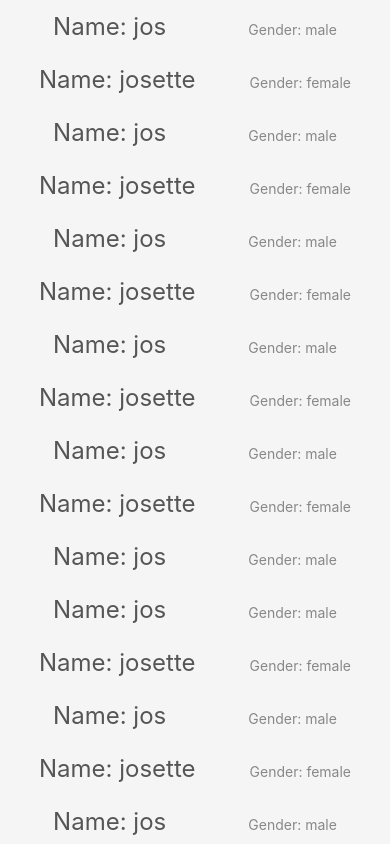
Repository: kfrancois/Bachelorproef-Apps
Screen: / (app in React Native/ListApp/.vscode/)
These files come from the project's save history. The screen is drawn as it stood at one moment and after the next save; the edit follows.
An inner scrolling area shows only its first screen. The app was drawn by React Native's web renderer in a window 390 px wide. The project was rebuilt for these pictures with package versions that can differ from the ones it lists, and the page was loaded fresh each time.

Above is the screen before, as saved 2018-04-23 15:07:14.

### React Native/ListApp/.vscode/App.js
import React, { Component } from 'react';
import MyListView from './src/listView';

// type Props = {};
export default class App extends Component {
  render() {
    return <MyListView />;
  }
}

### React Native/ListApp/.vscode/src/listView.js
import React, { Component } from 'react';
import { View, FlatList, Text, SafeAreaView, StyleSheet } from 'react-native';
import items from './items';
import Row from './row';

export default class MyListView extends Component {
  render() {
    return (
      <SafeAreaView style={{ flex: 1, backgroundColor: 'whitesmoke' }}>
        <FlatList
          style={styles.idk}
          contentContainerStyle={styles.container}
          data={items}
          renderItem={data => {
            return <Row item={data.item} />;
          }}
        />
      </SafeAreaView>
    );
  }
}

const styles = StyleSheet.create({
  idk: {
    flex: 1,
    backgroundColor: 'whitesmoke'
  },
  container: {
    flexGrow: 1,
    justifyContent: 'space-between'
  },
  item: {
    padding: 10,
    fontSize: 18,
    height: 44
  }
});

### React Native/ListApp/.vscode/src/items.js
const items = [
  { key: '0', name: 'jos', gender: 'male' },
  { key: '1', name: 'josette', gender: 'female' },
  { key: '2', name: 'jos', gender: 'male' },
  { key: '3', name: 'josette', gender: 'female' },
  { key: '4', name: 'jos', gender: 'male' },
  { key: '5', name: 'josette', gender: 'female' },
  { key: '6', name: 'jos', gender: 'male' },
  { key: '7', name: 'josette', gender: 'female' },
  { key: '8', name: 'jos', gender: 'male' },
  { key: '9', name: 'josette', gender: 'female' },
  { key: '10', name: 'jos', gender: 'male' },
  { key: '11', name: 'jos', gender: 'male' },
  { key: '12', name: 'josette', gender: 'female' },
  { key: '13', name: 'jos', gender: 'male' },
  { key: '14', name: 'josette', gender: 'female' },
  { key: '15', name: 'jos', gender: 'male' },
  { key: '16', name: 'josette', gender: 'female' },
  { key: '17', name: 'jos', gender: 'male' },
  { key: '18', name: 'josette', gender: 'female' },
  { key: '19', name: 'jos', gender: 'male' },
  { key: '20', name: 'josette', gender: 'female' },
  { key: '21', name: 'jos', gender: 'male' },
  { key: '22', name: 'josette', gender: 'female' },
  { key: '23', name: 'jos', gender: 'male' },
  { key: '24', name: 'josette', gender: 'female' },
  { key: '25', name: 'jos', gender: 'male' },
  { key: '26', name: 'josette', gender: 'female' },
  { key: '27', name: 'jos', gender: 'male' },
  { key: '28', name: 'josette', gender: 'female' },
  { key: '29', name: 'jos', gender: 'male' },
  { key: '30', name: 'josette', gender: 'female' },
  { key: '31', name: 'jos', gender: 'male' },
  { key: '32', name: 'josette', gender: 'female' },
  { key: '33', name: 'jos', gender: 'male' },
  { key: '34', name: 'josette', gender: 'female' },
  { key: '35', name: 'jos', gender: 'male' },
  { key: '36', name: 'josette', gender: 'female' },
  { key: '37', name: 'jos', gender: 'male' },
  { key: '38', name: 'josette', gender: 'female' },
  { key: '39', name: 'jos', gender: 'male' },
  { key: '40', name: 'josette', gender: 'female' },
  { key: '41', name: 'jos', gender: 'male' },
  { key: '42', name: 'josette', gender: 'female' },
];

export default items;

### React Native/ListApp/.vscode/src/row.js
import React from 'react';
import { View, Text, StyleSheet } from 'react-native';

const styles = StyleSheet.create({
  container: {
    padding: 12,
    flexDirection: 'row',
    justifyContent: 'space-around',
    alignItems: 'baseline',
    alignSelf: 'stretch'
  },
  rowHeading: {
    fontSize: 24,
    color: '#555'
  },
  rowText: {
    fontSize: 14,
    color: '#888'
  }
});

const Row = props => {
  const item = props.item;
  const { name, gender } = item;
  return (
    <View style={styles.container}>
      <Text style={styles.rowHeading}>Name: {name}</Text>
      <Text style={styles.rowText}>Gender: {gender}</Text>
    </View>
  );
};

export default Row;

After the next save:
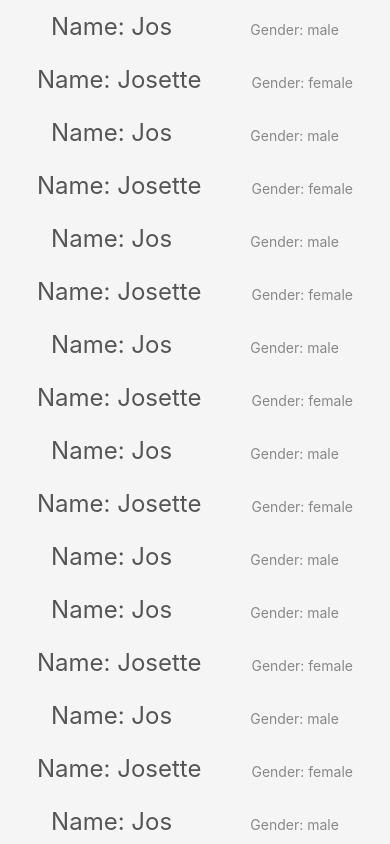
Saved 19 s later.
--- a/React Native/ListApp/.vscode/src/items.js
+++ b/React Native/ListApp/.vscode/src/items.js
@@ -1,47 +1,47 @@
 const items = [
-  { key: '0', name: 'jos', gender: 'male' },
-  { key: '1', name: 'josette', gender: 'female' },
-  { key: '2', name: 'jos', gender: 'male' },
-  { key: '3', name: 'josette', gender: 'female' },
-  { key: '4', name: 'jos', gender: 'male' },
-  { key: '5', name: 'josette', gender: 'female' },
-  { key: '6', name: 'jos', gender: 'male' },
-  { key: '7', name: 'josette', gender: 'female' },
-  { key: '8', name: 'jos', gender: 'male' },
-  { key: '9', name: 'josette', gender: 'female' },
-  { key: '10', name: 'jos', gender: 'male' },
-  { key: '11', name: 'jos', gender: 'male' },
-  { key: '12', name: 'josette', gender: 'female' },
-  { key: '13', name: 'jos', gender: 'male' },
-  { key: '14', name: 'josette', gender: 'female' },
-  { key: '15', name: 'jos', gender: 'male' },
-  { key: '16', name: 'josette', gender: 'female' },
-  { key: '17', name: 'jos', gender: 'male' },
-  { key: '18', name: 'josette', gender: 'female' },
-  { key: '19', name: 'jos', gender: 'male' },
-  { key: '20', name: 'josette', gender: 'female' },
-  { key: '21', name: 'jos', gender: 'male' },
-  { key: '22', name: 'josette', gender: 'female' },
-  { key: '23', name: 'jos', gender: 'male' },
-  { key: '24', name: 'josette', gender: 'female' },
-  { key: '25', name: 'jos', gender: 'male' },
-  { key: '26', name: 'josette', gender: 'female' },
-  { key: '27', name: 'jos', gender: 'male' },
-  { key: '28', name: 'josette', gender: 'female' },
-  { key: '29', name: 'jos', gender: 'male' },
-  { key: '30', name: 'josette', gender: 'female' },
-  { key: '31', name: 'jos', gender: 'male' },
-  { key: '32', name: 'josette', gender: 'female' },
-  { key: '33', name: 'jos', gender: 'male' },
-  { key: '34', name: 'josette', gender: 'female' },
-  { key: '35', name: 'jos', gender: 'male' },
-  { key: '36', name: 'josette', gender: 'female' },
-  { key: '37', name: 'jos', gender: 'male' },
-  { key: '38', name: 'josette', gender: 'female' },
-  { key: '39', name: 'jos', gender: 'male' },
-  { key: '40', name: 'josette', gender: 'female' },
-  { key: '41', name: 'jos', gender: 'male' },
-  { key: '42', name: 'josette', gender: 'female' },
+  { key: '0', name: 'Jos', gender: 'male' },
+  { key: '1', name: 'Josette', gender: 'female' },
+  { key: '2', name: 'Jos', gender: 'male' },
+  { key: '3', name: 'Josette', gender: 'female' },
+  { key: '4', name: 'Jos', gender: 'male' },
+  { key: '5', name: 'Josette', gender: 'female' },
+  { key: '6', name: 'Jos', gender: 'male' },
+  { key: '7', name: 'Josette', gender: 'female' },
+  { key: '8', name: 'Jos', gender: 'male' },
+  { key: '9', name: 'Josette', gender: 'female' },
+  { key: '10', name: 'Jos', gender: 'male' },
+  { key: '11', name: 'Jos', gender: 'male' },
+  { key: '12', name: 'Josette', gender: 'female' },
+  { key: '13', name: 'Jos', gender: 'male' },
+  { key: '14', name: 'Josette', gender: 'female' },
+  { key: '15', name: 'Jos', gender: 'male' },
+  { key: '16', name: 'Josette', gender: 'female' },
+  { key: '17', name: 'Jos', gender: 'male' },
+  { key: '18', name: 'Josette', gender: 'female' },
+  { key: '19', name: 'Jos', gender: 'male' },
+  { key: '20', name: 'Josette', gender: 'female' },
+  { key: '21', name: 'Jos', gender: 'male' },
+  { key: '22', name: 'Josette', gender: 'female' },
+  { key: '23', name: 'Jos', gender: 'male' },
+  { key: '24', name: 'Josette', gender: 'female' },
+  { key: '25', name: 'Jos', gender: 'male' },
+  { key: '26', name: 'Josette', gender: 'female' },
+  { key: '27', name: 'Jos', gender: 'male' },
+  { key: '28', name: 'Josette', gender: 'female' },
+  { key: '29', name: 'Jos', gender: 'male' },
+  { key: '30', name: 'Josette', gender: 'female' },
+  { key: '31', name: 'Jos', gender: 'male' },
+  { key: '32', name: 'Josette', gender: 'female' },
+  { key: '33', name: 'Jos', gender: 'male' },
+  { key: '34', name: 'Josette', gender: 'female' },
+  { key: '35', name: 'Jos', gender: 'male' },
+  { key: '36', name: 'Josette', gender: 'female' },
+  { key: '37', name: 'Jos', gender: 'male' },
+  { key: '38', name: 'Josette', gender: 'female' },
+  { key: '39', name: 'Jos', gender: 'male' },
+  { key: '40', name: 'Josette', gender: 'female' },
+  { key: '41', name: 'Jos', gender: 'male' },
+  { key: '42', name: 'Josette', gender: 'female' },
 ];
 
 export default items;
